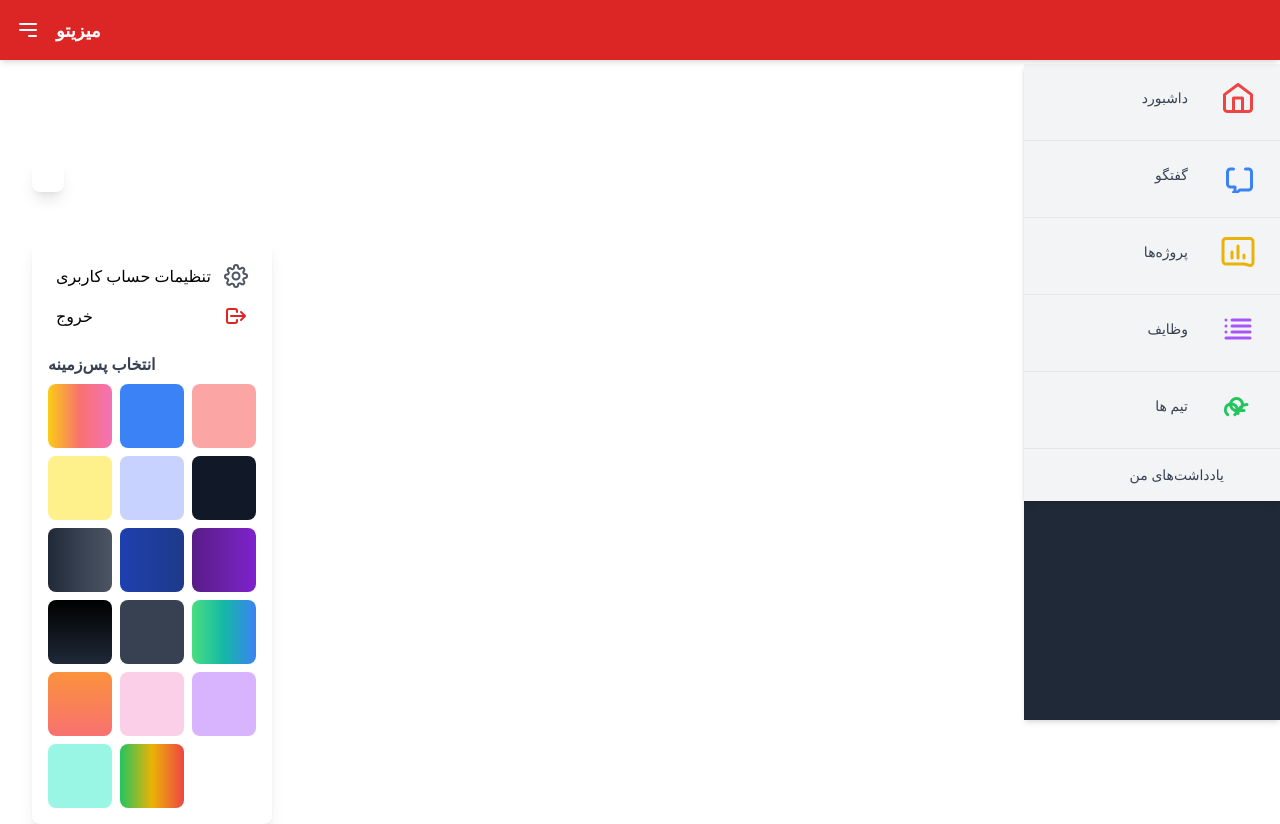
Repository: spnovaa/work-hive
Page: / (app in front_end/), after clicking the first element matching `div.z-0`
These files come from the project's save history. The page is drawn as it stood at one moment and after the next save; the edit follows.
The browser window is 1280 px wide. The pictures show the whole page.
The page's requests for data from a server got no answer. The project was rebuilt for these pictures with package versions that can differ from the ones it lists, and the page was loaded fresh each time. No one was signed in, and anything a server would have sent is missing. Also part of the build but not shown: front_end/src/api/auth.js, front_end/src/components/loadingSpinner.jsx, front_end/src/pages/login.jsx, front_end/src/pages/registration.jsx, front_end/src/common/axiosInstance.js, front_end/src/components/profile/profileSettingsModal.jsx, front_end/src/components/project/projectCardComponent.jsx, front_end/src/components/project/projectDashboard.jsx and 9 more.

Above is the page before, as saved 2025-01-18 14:34:57.

### front_end/src/index.js
import React from 'react';
import ReactDOM from 'react-dom/client'; // Import from 'react-dom/client' for React 18+
import './styles/globals.css';
import App from './App';

// Create a root element for rendering the React application
const root = ReactDOM.createRoot(document.getElementById('root'));

// Use the new `render` method for React 18+
root.render(
  <React.StrictMode>
    <App />
  </React.StrictMode>
);

### front_end/src/App.jsx
import React, { useState } from 'react';
import { BrowserRouter as Router, Routes, Route } from 'react-router-dom';
import Login from './pages/login';
import Registration from './pages/registration';
import Home from './pages/home';
import ProjectsDashboard from './components/project/projectDashboard.jsx';
import ProjectDetails from './components/project/projectDetails.jsx';
import NewProject from './components/project/newProject.jsx';
import DashboardSidebar from './components/dashboardSidebar';
import TaskPage from './components/task/taskPage.jsx';
import TeamList from './components/team/teamList.jsx';
import TopBar from './components/topBar.jsx';

function App() {
  const [sidebarVisible, setSidebarVisible] = useState(true);

  const toggleSidebar = () => {
    setSidebarVisible((prev) => !prev);
  };

  return (
    <Router>
      <div className="flex flex-col h-screen">
        <div className="w-full bg-red-600 shadow-md fixed top-0 z-20">
          <TopBar toggleSidebar={toggleSidebar} />
        </div>

        <div className="flex flex-grow">
          {sidebarVisible && (
            <div className="w-64 bg-gray-800 fixed top-16 bottom-0 right-0 z-10 shadow-md">
              <DashboardSidebar />
            </div>
          )}
          <div
            className={`flex-grow ${
              sidebarVisible ? 'pr-64' : ''
            } pt-16 p-4 transition-all duration-300`}
          >
            <Routes>
              <Route path="/login" element={<Login />} />
              <Route path="/register" element={<Registration />} />
              <Route path="/" element={<Home />} />
              <Route path="/projects" element={<ProjectsDashboard />} />
              <Route path="/projects/new" element={<NewProject />} />
              <Route path="/projects/:projectId" element={<ProjectDetails />} />
              <Route path="/tasks" element={<TaskPage />} />
              <Route path="/teams" element={<TeamList />} />
            </Routes>
          </div>
        </div>
      </div>
    </Router>
  );
}

export default App;

### front_end/src/pages/home.jsx
import React, { useState } from 'react';
import ProfileSection from '../components/profile/profileSection';
import { useLocation } from 'react-router-dom';
import DashboardSidebar from '../components/dashboardSidebar';
import  ProfileSettingsModal  from '../components/profile/profileSettingsModal.jsx'
function Home() {
  const [isModalOpen, setIsModalOpen] = useState(false);

    const openModal = () => {
        setIsModalOpen(true);
    };

    const closeModal = () => {
        setIsModalOpen(false);
    };
  const location = useLocation();
  const name = location.state?.name || "نام کاربری ناشناس";
  const [background, setBackground] = useState('bg-white');
  const handleBackgroundChange = (bg) => {
    setBackground(bg);
  };
  const getCurrentDate = () => {
    const options = { weekday: 'long', year: 'numeric', month: 'long', day: 'numeric' };
    return new Date().toLocaleDateString('fa-IR', options);
  };
  return (
    <div className={`h-screen ${background} `}>
      <div className="absolute top-20 left-8">
        <ProfileSection
          name={name}
          greeting="ظهر بخیر"
          date={getCurrentDate()}
          onBackgroundChange={handleBackgroundChange}
          onSettingsClick={openModal}
        />
      </div>
      <ProfileSettingsModal show={isModalOpen} onClose={closeModal} />
    </div>
  );
}

export default Home;

### front_end/src/components/dashboardSidebar.jsx
import React from 'react';
import { useNavigate } from 'react-router-dom';

function SidebarItem({ icon, label, onClick }) {
    return (
        <div
            className="className=flex items-center justify-start flex-row-reverse p-4 cursor-pointer hover:bg-gray-100"
            onClick={onClick}
        >
            <div className="flex items-center">
                <span className="text-lg text-gray-700 mr-2">{icon}</span>
                <span className="text-gray-700 text-sm font-medium mr-8">{label}</span>
            </div>

        </div>
    );
}

function DashboardSidebar() {
    const navigate = useNavigate();

    const handleNavigation = (path) => {
        navigate(path);
    };

    return (
        <div className="w-64 bg-gray-100 text-white shadow-md p-0 " dir="rtl" >
            <SidebarItem
                icon={
                    <svg
                        xmlns="http://www.w3.org/2000/svg"
                        className="h-9 w-9 text-red-500"
                        fill="none"
                        viewBox="0 0 24 24"
                        stroke="currentColor"
                    >
                        <path
                            strokeLinecap="round"
                            strokeLinejoin="round"
                            strokeWidth="2"
                            d="M3 9.75L12 3l9 6.75v9.75A2.25 2.25 0 0118.75 21H5.25A2.25 2.25 0 013 19.5V9.75z"
                        />
                        <path
                            strokeLinecap="round"
                            strokeLinejoin="round"
                            strokeWidth="2"
                            d="M9 21V12h6v9"
                        />
                    </svg>
                }
                label="داشبورد"
                onClick={() => handleNavigation('/')}
            />
            <hr className="w-full border-gray-200 mt-2" />
            <SidebarItem
               icon={
                <svg
                  xmlns="http://www.w3.org/2000/svg"
                  className="h-9 w-9 text-blue-500"
                  fill="none"
                  viewBox="0 0 24 24"
                  stroke="currentColor"
                >
                  <path
                    strokeLinecap="round"
                    strokeLinejoin="round"
                    strokeWidth="2"
                    d="M17 8h2a2 2 0 012 2v10a2 2 0 01-2 2h-5.586a1 1 0 00-.707.293l-2.707 2.707A1 1 0 0110 23V20H7a2 2 0 01-2-2V10a2 2 0 012-2h2"
                  />
                </svg>
              }
                label="گفتگو"
                onClick={() => handleNavigation('/conversations')}
            />
              <hr className="w-full border-gray-200 mt-2" />
            <SidebarItem
                icon={
                    <svg
                      xmlns="http://www.w3.org/2000/svg"
                      className="h-9 w-9 text-yellow-500"
                      fill="none"
                      viewBox="0 0 24 24"
                      stroke="currentColor"
                    >
                      <path
                        strokeLinecap="round"
                        strokeLinejoin="round"
                        strokeWidth="2"
                        d="M8 16v-4m4 4V8m4 8v-2m0 6H4a2 2 0 01-2-2V5a2 2 0 012-2h16a2 2 0 012 2v14a2 2 0 01-2 2z"
                      />
                    </svg>
                  }
                label="پروژه‌ها"
                onClick={() => handleNavigation('/projects')}
            />
              <hr className="w-full border-gray-200 mt-2" />
            <SidebarItem
               icon={
                <svg
                  xmlns="http://www.w3.org/2000/svg"
                  className="h-9 w-9 text-purple-500"
                  fill="none"
                  viewBox="0 0 24 24"
                  stroke="currentColor"
                >
                  <path
                    strokeLinecap="round"
                    strokeLinejoin="round"
                    strokeWidth="2"
                    d="M8 6h12M8 10h12m-12 4h12M4 6h.01M4 10h.01M4 14h.01M4 18h16"
                  />
                </svg>
              }
                label="وظایف"
                onClick={() => handleNavigation('/tasks')}
            />
              <hr className="w-full border-gray-200 mt-2" />
            <SidebarItem
           icon={
            <svg
              xmlns="http://www.w3.org/2000/svg"
              className="h-9 w-9 text-green-500"
              fill="none"
              viewBox="0 0 24 24"
              stroke="currentColor"
            >
              <path
                strokeLinecap="round"
                strokeLinejoin="round"
                strokeWidth="2"
                d="M5.121 17.804A4 4 0 119.88 17.804M15 11a4 4 0 11-8 0 4 4 0 018 0zm-5 4h6M12 17a6 6 0 016-6"
              />
            </svg>
          }
                label="تیم ها"
                onClick={() => handleNavigation('/teams')}
            />
              <hr className="w-full border-gray-200 mt-2" />
            <SidebarItem
                icon={<i className="fas fa-sticky-note" />}
                label="یادداشت‌های من"
                onClick={() => handleNavigation('/notes')}
            />
        </div>
    );
}

export default DashboardSidebar;

### front_end/src/components/topBar.jsx
import React from 'react';

function TopBar({ toggleSidebar }) {
  return (
    <div className="flex items-center justify-between p-4">
      <div className="flex items-center">
        <button
          onClick={toggleSidebar}
          className="mr-4 cursor-pointer text-white"
        >
          <svg
            xmlns="http://www.w3.org/2000/svg"
            className="h-6 w-6"
            fill="none"
            viewBox="0 0 24 24"
            stroke="currentColor"
          >
            <path
              strokeLinecap="round"
              strokeLinejoin="round"
              strokeWidth="2"
              d="M4 6h16M4 12h16m-7 6h7"
            />
          </svg>
        </button>
        <div className="text-white text-lg font-bold">میزیتو</div>
      </div>
    </div>
  );
}

export default TopBar;

### front_end/src/components/profile/profileSection.jsx
import React, { useState, useEffect, useRef } from 'react';
import ProfileDropdown from './dropdown.jsx';

const ProfileSection = ({ name, greeting, date, onBackgroundChange ,onSettingsClick}) => {
  const [isDropdownOpen, setIsDropdownOpen] = useState(false);
  const dropdownRef = useRef(null);

  const toggleDropdown = () => {
    setIsDropdownOpen((prev) => !prev);
  };

  useEffect(() => {
    const handleClickOutside = (event) => {
      if (dropdownRef.current && !dropdownRef.current.contains(event.target)) {
        setIsDropdownOpen(false);
      }
    };

    document.addEventListener('mousedown', handleClickOutside);
    return () => {
      document.removeEventListener('mousedown', handleClickOutside);
    };
  }, []);

  return (
    <div className="relative top-20">
  <div
    className={`relative z-0 p-4 bg-gradient-to-r from-blue-100 to-blue-200 rounded-lg shadow-md max-w-xs cursor-pointer ${
      isDropdownOpen ? 'hidden' : ''
    }`}
    onClick={toggleDropdown}
  >
    <div className="flex flex-col items-center ">
      <div className="bg-gray-300 w-24 h-24 rounded-full flex items-center justify-center mb-4">
        <svg
          xmlns="http://www.w3.org/2000/svg"
          className="h-12 w-12 text-gray-500"
          fill="none"
          viewBox="0 0 24 24"
          stroke="currentColor"
        >
          <path
            strokeLinecap="round"
            strokeLinejoin="round"
            strokeWidth="2"
            d="M12 12c2.21 0 4-1.79 4-4s-1.79-4-4-4-4 1.79-4 4 1.79 4 4 4zM12 14c-4.418 0-8 1.79-8 4m8-4c4.418 0 8 1.79 8 4m-8-4v4"
          />
        </svg>
      </div>
      <h2 className="text-lg font-semibold text-gray-700">{name}</h2>
      <p className="text-sm text-gray-600 mt-1">{greeting}</p>
      <p className="text-sm text-gray-500 mt-1">{date}</p>
    </div>
  </div>

  {isDropdownOpen && (
    <div
      ref={dropdownRef}
      className="absolute top-0 left-0  bg-white rounded-lg shadow-lg p-4 w-full"
    >
      <ProfileDropdown onBackgroundChange={onBackgroundChange} onSettingsClick={onSettingsClick} />
    </div>
  )}
</div>

  );
};

export default ProfileSection;

### front_end/src/components/profile/dropdown.jsx
import React, { useState } from 'react';
import { useNavigate } from 'react-router-dom';
import  ProfileSettingsModal  from './profileSettingsModal.jsx'
const ProfileDropdown  = ({  onBackgroundChange ,onSettingsClick}) => {
  const [isOpen, setIsOpen] = useState(true);
  const [selectedBackground, setSelectedBackground] = useState(null);
  const navigate = useNavigate();
  const handleLogout = () => {
    localStorage.removeItem('authToken');
    localStorage.removeItem('userInfo');
    sessionStorage.clear();
    document.cookie = 'session=; expires=Thu, 01 Jan 2012 00:00:00 UTC; path=/;';
    navigate('/login');
  };
  const backgrounds = [
    'bg-gradient-to-r from-yellow-400 via-red-400 to-pink-400',
    'bg-blue-500',
    'bg-red-300',
    'bg-yellow-200',
    'bg-indigo-200',

    // Dark mode
    'bg-gray-900',
    'bg-gradient-to-r from-gray-800 via-gray-700 to-gray-600',
    'bg-gradient-to-r from-blue-800 to-blue-900',
    'bg-gradient-to-r from-purple-900 via-purple-800 to-purple-700',
    'bg-gradient-to-b from-black to-gray-800',
    'bg-gray-700',
    //gradiant
    'bg-gradient-to-r from-green-400 via-teal-500 to-blue-500',
    'bg-gradient-to-b from-orange-400 to-red-400',
    'bg-pink-200',
    'bg-purple-300',
    'bg-teal-200',
    'bg-gradient-to-l from-red-500 via-yellow-500 to-green-500',

  ];

  const toggleDropdown = () => {
    setIsOpen(!isOpen);
  };

  const handleBackgroundChange = (bg) => {
    setSelectedBackground(bg);
    onBackgroundChange(bg);
    toggleDropdown()
  };

  return (
    <>
        {/* Conditionally render the dropdown div only when isOpen is true */}
        {isOpen && (
            <div
                onClick={(e) => e.stopPropagation()} // Prevent propagation of the click event
                className="absolute top-20 left-0 bg-white rounded-lg shadow-lg w-max p-4"
            >
                <div
                    className="flex items-center justify-between p-2 cursor-pointer hover:bg-gray-100 rounded"
                    onClick={() => {
                        onSettingsClick();
                        toggleDropdown();  // Close the dropdown
                    }}
                >
                    <span>تنظیمات حساب کاربری</span>
                    <svg
                        xmlns="http://www.w3.org/2000/svg"
                        className="h-6 w-6 text-gray-600"
                        fill="none"
                        viewBox="0 0 24 24"
                        stroke="currentColor"
                    >
                        <path
                            strokeLinecap="round"
                            strokeLinejoin="round"
                            strokeWidth="2"
                            d="M12 15.5a3.5 3.5 0 100-7 3.5 3.5 0 000 7zM19.4 15a1.77 1.77 0 00.32 1.8l.05.06a2 2 0 11-2.83 2.83l-.06-.05a1.77 1.77 0 00-1.8-.32 1.77 1.77 0 00-1.05 1.61V21a2 2 0 01-4 0v-.13a1.77 1.77 0 00-1.61-1.05 1.77 1.77 0 00-1.8.32l-.06.05a2 2 0 11-2.83-2.83l.05-.06a1.77 1.77 0 00.32-1.8 1.77 1.77 0 00-1.61-1.05H3a2 2 0 010-4h.13a1.77 1.77 0 001.61-1.05 1.77 1.77 0 00-.32-1.8l-.05-.06a2 2 0 112.83-2.83l.06.05a1.77 1.77 0 001.8.32H9a1.77 1.77 0 001.05-1.61V3a2 2 0 014 0v.13a1.77 1.77 0 001.05 1.61 1.77 1.77 0 001.8-.32l.06-.05a2 2 0 112.83 2.83l-.05.06a1.77 1.77 0 00-.32 1.8V9a1.77 1.77 0 001.61 1.05H21a2 2 0 010 4h-.13a1.77 1.77 0 00-1.61 1.05z"
                        />
                    </svg>
                </div>
                <div
                    className="flex items-center justify-between p-2 cursor-pointer hover:bg-gray-100 rounded"
                    onClick={handleLogout}
                >
                    <span>خروج</span>
                    <svg
                        xmlns="http://www.w3.org/2000/svg"
                        className="h-6 w-6 text-red-600"
                        fill="none"
                        viewBox="0 0 24 24"
                        stroke="currentColor"
                    >
                        <path
                            strokeLinecap="round"
                            strokeLinejoin="round"
                            strokeWidth="2"
                            d="M17 16l4-4m0 0l-4-4m4 4H7m6 4v1a2 2 0 01-2 2H5a2 2 0 01-2-2V7a2 2 0 012-2h6a2 2 0 012 2v1"
                        />
                    </svg>
                </div>
                <div className="mt-4">
                    <span className="text-gray-700 font-semibold">انتخاب پس‌زمینه</span>
                    <div className="grid grid-cols-3 gap-2 mt-2">
                        {backgrounds.map((bg, index) => (
                            <div
                                key={index}
                                className={`w-16 h-16 rounded-lg cursor-pointer ${bg} ${
                                    selectedBackground === bg ? 'ring-2 ring-blue-500' : ''
                                }`}
                                onClick={() => handleBackgroundChange(bg)}
                            ></div>
                        ))}
                    </div>
                </div>
            </div>
        )}
    </>
);
};

export default ProfileDropdown;

Loaded but not shown: front_end/public/index.html (common file); front_end/src/styles/globals.css (common file); front_end/tailwind.config.js (common file)

After the next save:
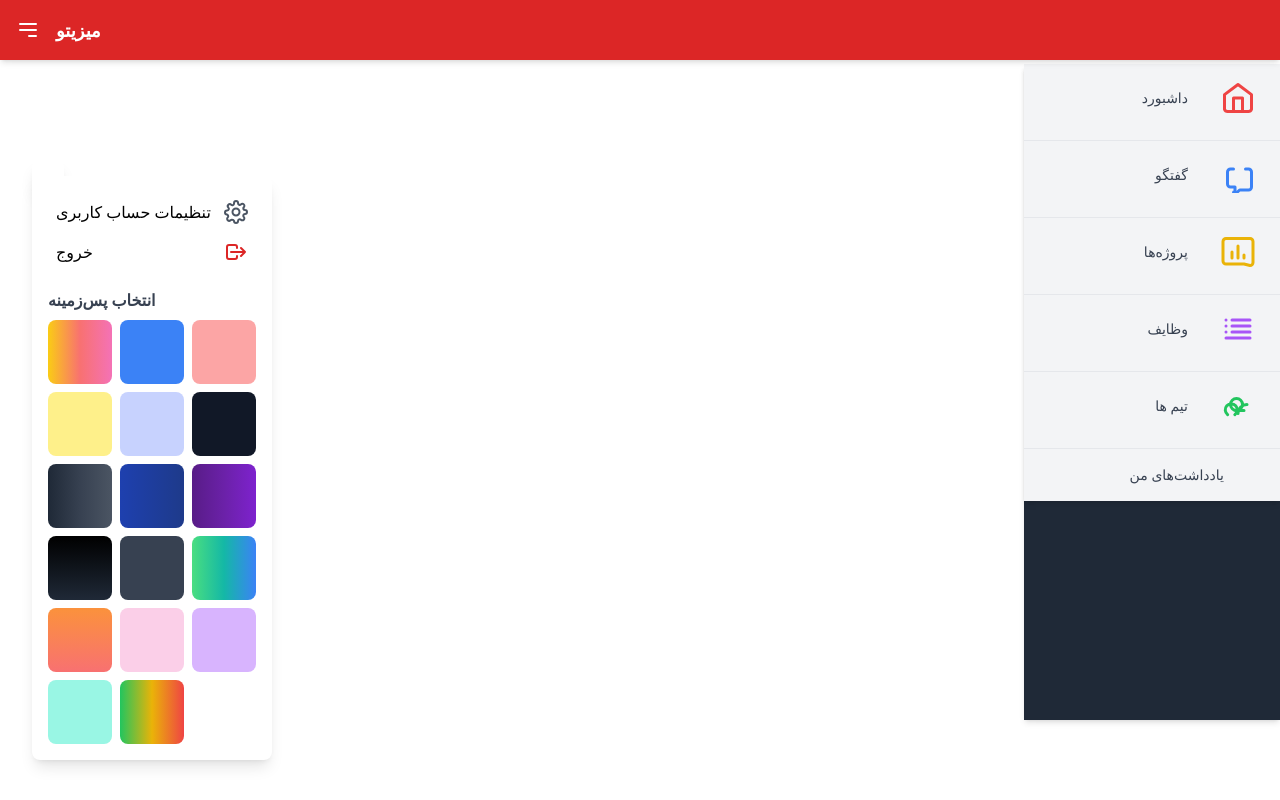
Saved 14 s later.
--- a/front_end/src/components/profile/dropdown.jsx
+++ b/front_end/src/components/profile/dropdown.jsx
@@ -52,7 +52,7 @@ const ProfileDropdown  = ({  onBackgroundChange ,onSettingsClick}) => {
         {isOpen && (
             <div
                 onClick={(e) => e.stopPropagation()} // Prevent propagation of the click event
-                className="absolute top-20 left-0 bg-white rounded-lg shadow-lg w-max p-4"
+                className="absolute  left-0 bg-white rounded-lg shadow-lg w-max p-4"
             >
                 <div
                     className="flex items-center justify-between p-2 cursor-pointer hover:bg-gray-100 rounded"
